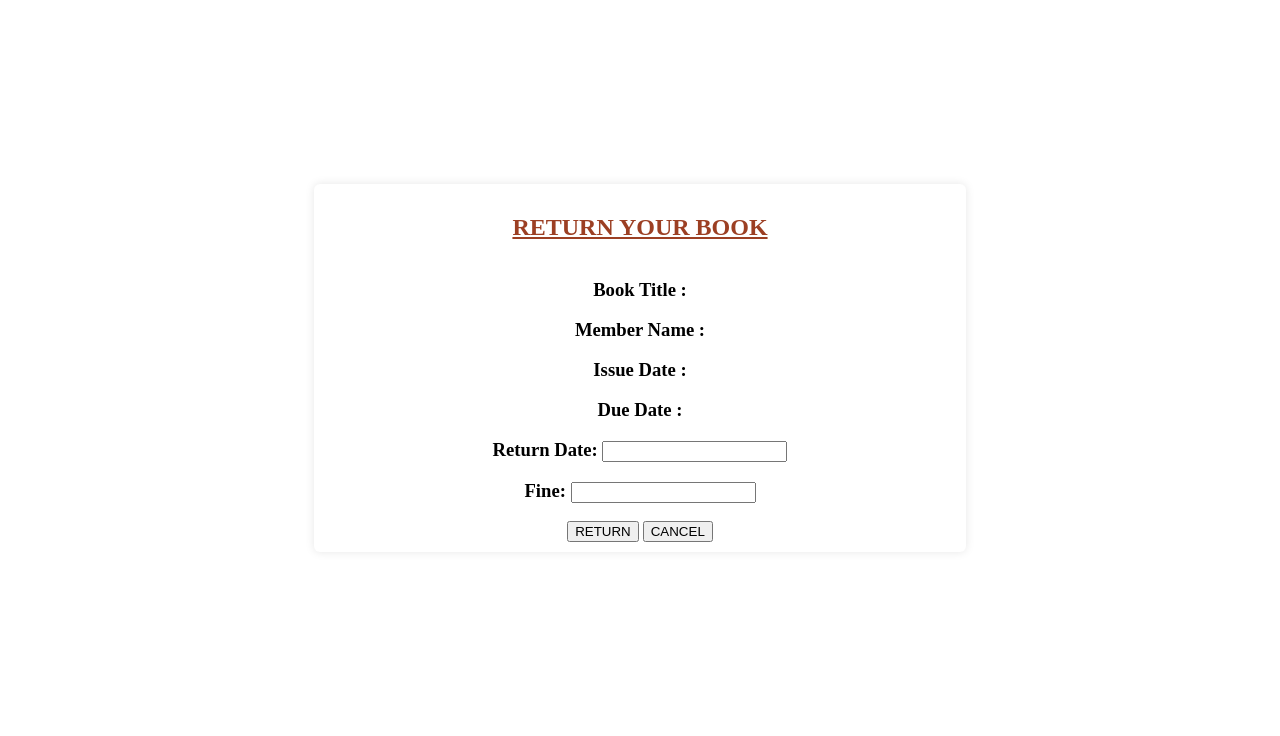
Repository: devikrishna908/RURAL-LIBRARY-MANAGEMENT
Page: http://localhost/library-management/WEB-INF/jsp/return-action.jsp
These files come from the project's save history. The page is drawn as it stood at one moment and after the next save; the edit follows.
The browser window is 1280 px wide. The pictures show the whole page.
The page is served by Tomcat 9. Nobody is signed in. The template is opened directly, without the code that normally fills it, so the values that code supplies are empty.

Above is the page before, as saved 2024-05-27 13:54:14.
Console error: TypeError: Cannot set properties of null (setting 'value')

After the next save:
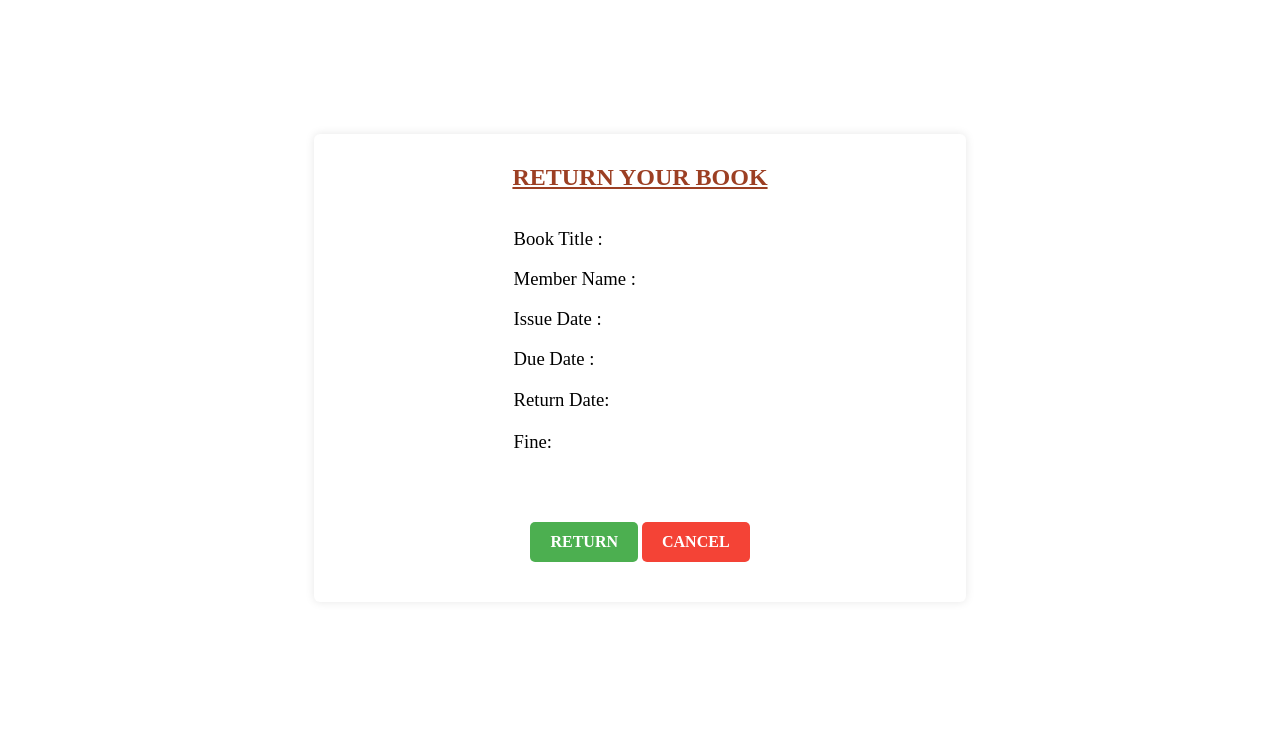
Saved 25 min 29 s later.
--- a/library-management/src/main/webapp/WEB-INF/jsp/return-action.jsp
+++ b/library-management/src/main/webapp/WEB-INF/jsp/return-action.jsp
@@ -8,7 +8,7 @@
 <head>
 <meta charset="ISO-8859-1">
 <title>Insert title here</title>
-<link rel="stylesheet" href="css/success-style.css">
+<link rel="stylesheet" href="css/return-style.css">
 <script src="js/issue-book.js" type="text/javascript"></script>
 
 </head>
